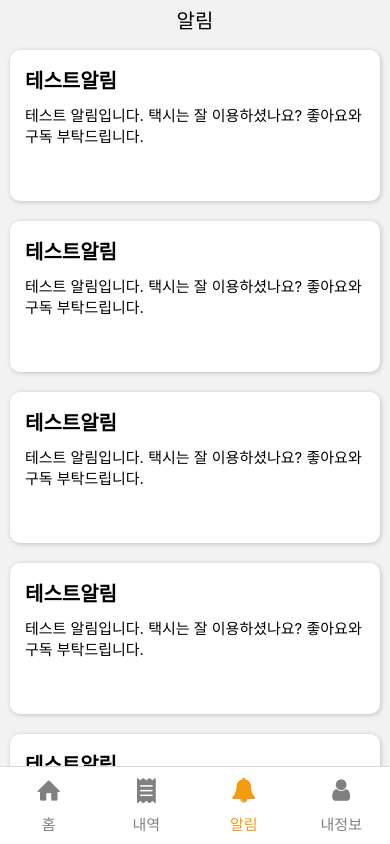
Repository: Unique0902/GachiDutch
Screen: /Alarm
These files come from the project's save history. The screen is drawn as it stood at one moment and after the next save; the edit follows.
An inner scrolling area shows only its first screen. The app was drawn by React Native's web renderer in a window 390 px wide. The project was rebuilt for these pictures with package versions that can differ from the ones it lists, and the page was loaded fresh each time. Some packages were replaced by stand-ins written for this rebuild. Also part of the build but not shown: sources/components/lowBar/lowBar.jsx, sources/components/taxi/taxi.jsx, sources/components/user/user.jsx, sources/components/dutch_history/dutch_history.jsx, sources/components/dutchpay_historys/dutchpay_historys.jsx, sources/components/delivery_historys/delivery_historys.jsx, sources/components/taxi_historys/taxi_historys.jsx, sources/components/receipt/receipt.jsx and 1 more.

Above is the screen before, as saved 2022-11-11 14:44:58.

After the next save:
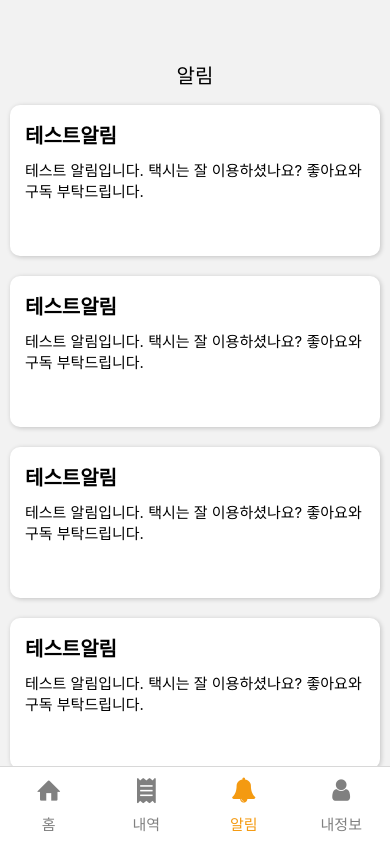
Saved 4 s later.
--- a/sources/components/alarm/alarm.jsx
+++ b/sources/components/alarm/alarm.jsx
@@ -90,7 +90,7 @@ const styles = StyleSheet.create({
   },
   header: {
     height: 40,
-    marginTop: 0,
+    marginTop: 55,
     paddingHorizontal: 25,
     flexDirection: 'row',
     justifyContent: 'center',
